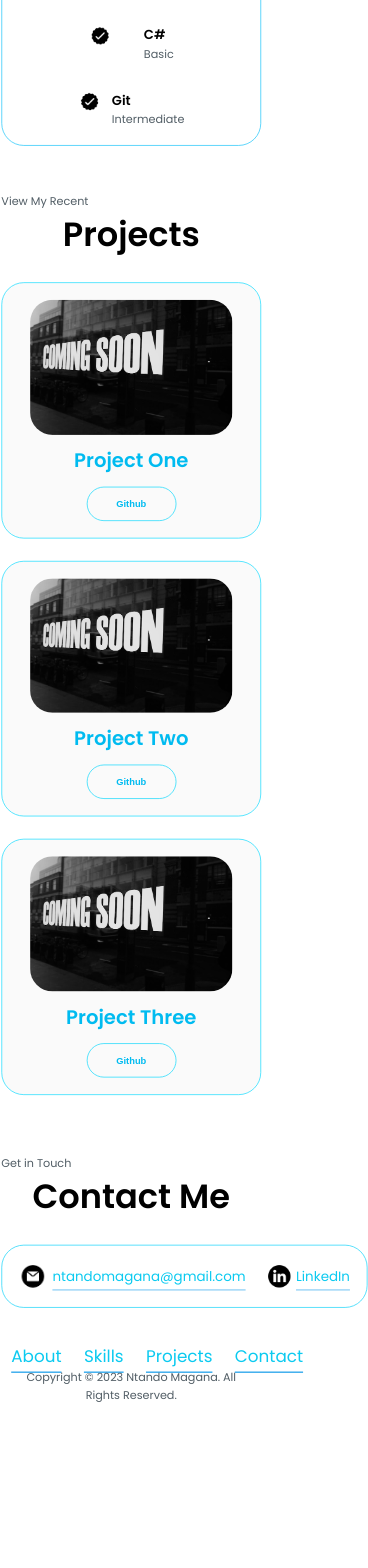
Repository: ntandomagana/FS-Dev-Portfolio
Page: index.html
The author's editor kept a copy of each file at every save. The page is drawn from the files as they stood at one save, then again after a run of saves.
The browser window is 375 px wide. The page is 525 px wide, so the pictures cover 525 px, including what lies to the right of the window. The pictures show the part of the page from y = 2446 to 4686 px (the page is 4686 px tall), at 70% of full size.

Above is the page before, as saved 2024-05-06 11:22:55.

### index.html
<!DOCTYPE html>
<html lang="en">
  <head>
    <meta charset="UTF-8" />
    <meta http-equiv="X-UA-Compatible" content="IE=edge" />
    <meta name="viewport" content="width=device-width, initial-scale=1.0" />
    <title>My Portfolio</title>
    <link rel="stylesheet" href="style.css" />
    <link rel="stylesheet" href="mediaqueries.css" />
  </head>
  <body>
    <nav id="desktop-nav">
      <div class="logo">Berry Codes</div>
      <div>
        <ul class="nav-links">
          <li><a href="#about">About</a></li>
          <li><a href="#experience">Skills</a></li>
          <li><a href="#projects">Projects</a></li>
          <li><a href="#contact">Contact</a></li>
        </ul>
      </div>
    </nav>
    <nav id="hamburger-nav">
      <div class="logo">Coding Berry</div>
      <div class="hamburger-menu">
        <div class="hamburger-icon" onclick="toggleMenu()">
          <span></span>
          <span></span>
          <span></span>
        </div>
        <div class="menu-links">
          <li><a href="#about" onclick="toggleMenu()">About</a></li>
          <li><a href="#experience" onclick="toggleMenu()">Skills</a></li>
          <li><a href="#projects" onclick="toggleMenu()">Projects</a></li>
          <li><a href="#contact" onclick="toggleMenu()">Contact</a></li>
        </div>
      </div>
    </nav>
    <section id="profile">
      <div class="section-pic-container">
        <img src="./assets/bwpp.jpg" alt="profile picture" />
      </div>
      <div class="section-text">
        <p class="section-text-p1">Hello there, I am</p>

        <h1 class="title"><span id="typed-text"></span></h1>

        <p class="section-text-p2">Frontend Developer</p>
        <div class="btn-container">
          <button
            class="btn btn-color-2"
            onclick="window.open('./assets/NP Magana - Web Developer.pdf')"
          >
            Download CV
          </button>
          <button class="btn btn-color-1" onclick="location.href='./#contact'">
            Contact Info
          </button>
        </div>
        <div id="socials-container">
          <img
            src="./assets/linkedin.png"
            alt="My LinkedIn profile"
            class="icon"
            onclick="location.href='https://www.linkedin.com/in/ntandoyenkosi-magana-/'"
          />

          <img
            src="./assets/icons8-twitterx-50.png"
            alt="My Github profile"
            class="icon"
            onclick="location.href='https://twitter.com/Sir_M_Charles'"
          />
          <img
            src="./assets/github.png"
            alt="My Github profile"
            class="icon"
            onclick="location.href='https://github.com/ntandomagana'"
          />
        </div>
      </div>
    </section>
    <section id="about">
      <p class="section__text__p1">Get To Know More</p>
      <h1 class="title">About Me</h1>
      <div class="section-container">
        <div class="about-details-container">
          <div class="about-containers">
            <div class="details-container">
              <img
                src="./assets/experience.png"
                alt="Experience icon"
                class="icon"
              />
              <h3>Experience</h3>
              <p>6 months <br />Frontend Development</p>
            </div>
            <div class="details-container">
              <img
                src="./assets/education.png"
                alt="Education icon"
                class="icon"
              />
              <h3>Education</h3>
              <p>BA(Hons) Public Management <br />University of Johannesburg</p>
            </div>
          </div>
          <div class="text-container">
            <p>
              I am a self-taught developer passionate about crafting captivating
              user experiences. I've acquired skills in HTML5, CSS3, JavaScript,
              ReactJs Python, C#, Node.js and Typescript through online
              resources such as FreecodeCamp, Udemy, udacity. If you're looking
              for a developer who blends creativity with technical proficiency,
              let’s connect and explore how we can collaborate on your next
              project!
            </p>
          </div>
        </div>
      </div>
      <img
        src="./assets/arrow.png"
        alt="Arrow icon"
        class="icon arrow"
        onclick="location.href='./#experience'"
      />
    </section>
    <section id="experience">
      <p class="section__text__p1">Explore My</p>
      <h1 class="title">Experience</h1>
      <div class="experience-details-container">
        <div class="about-containers">
          <div class="details-container">
            <h2 class="experience-sub-title">Frontend Development</h2>
            <div class="article-container">
              <article>
                <img
                  src="./assets/checkmark.png"
                  alt="Experience icon"
                  class="icon"
                />
                <div>
                  <h3>JavaScript</h3>
                  <p>Experienced</p>
                </div>
              </article>
              <article>
                <img
                  src="./assets/checkmark.png"
                  alt="Experience icon"
                  class="icon"
                />
                <div>
                  <h3>CSS</h3>
                  <p>Experienced</p>
                </div>
              </article>
              <article>
                <img
                  src="./assets/checkmark.png"
                  alt="Experience icon"
                  class="icon"
                />
                <div>
                  <h3>TypeScript</h3>
                  <p>Intermediate</p>
                </div>
              </article>
              <article>
                <img
                  src="./assets/checkmark.png"
                  alt="Experience icon"
                  class="icon"
                />
                <div>
                  <h3>React</h3>
                  <p>Basic</p>
                </div>
              </article>
              <article></article>
            </div>
          </div>
          <div class="details-container">
            <h2 class="experience-sub-title">Backend Development</h2>
            <div class="article-container">
              <article>
                <img
                  src="./assets/checkmark.png"
                  alt="Experience icon"
                  class="icon"
                />
                <div>
                  <h3>Python</h3>
                  <p>Intermediate</p>
                </div>
              </article>
              <article>
                <img
                  src="./assets/checkmark.png"
                  alt="Experience icon"
                  class="icon"
                />
                <div>
                  <h3>Node JS</h3>
                  <p>Basic</p>
                </div>
              </article>
              <article>
                <img
                  src="./assets/checkmark.png"
                  alt="Experience icon"
                  class="icon"
                />
                <div>
                  <h3>C#</h3>
                  <p>Basic</p>
                </div>
              </article>
              <article>
                <img
                  src="./assets/checkmark.png"
                  alt="Experience icon"
                  class="icon"
                />
                <div>
                  <h3>Git</h3>
                  <p>Intermediate</p>
                </div>
              </article>
            </div>
          </div>
        </div>
      </div>
      <img
        src="./assets/arrow.png"
        alt="Arrow icon"
        class="icon arrow"
        onclick="location.href='./#projects'"
      />
    </section>
    <section id="projects">
      <p class="section__text__p1">View My Recent</p>
      <h1 class="title">Projects</h1>
      <div class="experience-details-container">
        <div class="about-containers">
          <div class="details-container color-container">
            <div class="article-container">
              <img
                src="./assets/coming soon.jpg"
                alt="Project 1"
                class="project-img"
              />
            </div>
            <h2 class="experience-sub-title project-title">Project One</h2>
            <div class="btn-container">
              <button
                class="btn btn-color-2 project-btn"
                onclick="location.href='https://github.com/'"
              >
                Github
              </button>
            </div>
          </div>
          <div class="details-container color-container">
            <div class="article-container">
              <img
                src="./assets/coming soon.jpg"
                alt="Project 2"
                class="project-img"
              />
            </div>
            <h2 class="experience-sub-title project-title">Project Two</h2>
            <div class="btn-container">
              <button
                class="btn btn-color-2 project-btn"
                onclick="location.href='https://github.com/'"
              >
                Github
              </button>
            </div>
          </div>
          <div class="details-container color-container">
            <div class="article-container">
              <img
                src="./assets/coming soon.jpg"
                alt="Project 3"
                class="project-img"
              />
            </div>
            <h2 class="experience-sub-title project-title">Project Three</h2>
            <div class="btn-container">
              <button
                class="btn btn-color-2 project-btn"
                onclick="location.href='https://github.com/'"
              >
                Github
              </button>
            </div>
          </div>
        </div>
      </div>
      <img
        src="./assets/arrow.png"
        alt="Arrow icon"
        class="icon arrow"
        onclick="location.href='./#contact'"
      />
    </section>
    <section id="contact">
      <p class="section__text__p1">Get in Touch</p>
      <h1 class="title">Contact Me</h1>
      <div class="contact-info-upper-container">
        <div class="contact-info-container">
          <img
            src="./assets/email.png"
            alt="Email icon"
            class="icon contact-icon email-icon"
          />
          <p>
            <a href="mailto:ntandomagana@gmail.com">ntandomagana@gmail.com</a>
          </p>
        </div>
        <div class="contact-info-container">
          <img
            src="./assets/linkedin.png"
            alt="LinkedIn icon"
            class="icon contact-icon"
          />
          <p><a href="https://www.linkedin.com">LinkedIn</a></p>
        </div>
      </div>
    </section>
    <footer>
      <nav>
        <div class="nav-links-container">
          <ul class="nav-links">
            <li><a href="#about">About</a></li>
            <li><a href="#experience">Skills</a></li>
            <li><a href="#projects">Projects</a></li>
            <li><a href="#contact">Contact</a></li>
          </ul>
        </div>
      </nav>
      <p>Copyright &#169; 2023 Ntando Magana. All Rights Reserved.</p>
    </footer>
    <script src="script.js"></script>
  </body>
</html>

### style.css
@import url("https://fonts.googleapis.com/css2?family=Poppins:wght@300;400;500;600&display=swap");

* {
  margin: 0;
  padding: 0;
}

body {
  font-family: "Poppins", sans-serif;
}

html {
  scroll-behavior: smooth;
}

p {
  color: #515d65;
}

section {
  margin-bottom: 2px;
}

a,
.btn {
  transition: all 300ms ease;
}

nav,
.nav-links {
  display: flex;
}

nav {
  justify-content: space-around;
  align-items: center;
  height: 17vh;
}

.nav-links {
  gap: 2rem;
  list-style-type: none;
  font-size: 1.5rem;
}

a {
  color: rgb(11, 202, 240);
  text-decoration: underline;
  text-underline-offset: 0.8rem;
  text-decoration-color: rgb(51, 169, 237);
}

.logo {
  font-size: 2rem;
}

.logo:hover {
  cursor: default;
}

#hamburger-nav {
  display: none;
}

.hamburger-menu {
  position: relative;
  display: inline-block;
}

.hamburger-icon {
  display: flex;
  flex-direction: column;
  justify-content: space-between;
  height: 24px;
  width: 30px;
  cursor: pointer;
}



.hamburger-icon span {
  width: 100%;
  height: 2px;
  background-color: rgb(9, 255, 255);
  transition: all 0.3 ease-in-out;
}

.menu-links {
  position: absolute;
  top: 100%;
  right: 0;
  background-color: white;
  width: fit-content;
  max-height: 0;
  overflow: hidden;
  transition: all 0.3 ease-in-out;
}

.menu-links a {
  display: block;
  padding: 10px;
  text-align: center;
  font-size: 1.5rem;
  color: rgb(15, 224, 231);
  text-decoration: none;
  transition: all 0.3 ease-in-out;
}

.menu-links li {
  list-style-type: none;
}

.menu-links.open {
  max-height: 300px;
}

.hamburger-icon.open span:first-child {
  transform: rotate(45deg) translate(10px, 5px);
}

.hamburger-icon.open span:nth-child(2) {
  opacity: 0;
}

.hamburger-icon.open span:last-child {
  transform: rotate(-45deg) translate(10px, -5px);
}

.hamburger-icon span:first-child {
  transform: none;
}

.hamburger-icon span:first-child {
  opacity: 1;
}

.hamburger-icon span:first-child {
  transform: none;
}

section {
  padding-top: 4vh;
  height: 96vh;
  margin: 0 10rem;
  box-sizing: border-box;
  min-height: fit-content;
}

.section-container {
  display: flex;
}

#profile {
  display: flex;
  justify-content: center;
  gap: 5rem;
  height: 80vh;
}

.section-pic-container {
  display: flex;
  height: 400px;
  width: 400px;
  margin: auto 0;
}

.section-text {
  align-self: center;
  text-align: center;
}

.section-text p {
  font-weight: 600;
}

.section-text-p1 {
  text-align: center;
}

.section-text-p2 {
  font-size: 1.75rem;
  margin-bottom: 1rem;
}

.title {
  font-size: 3rem;
  text-align: center;
}

#socials-container {
  display: flex;
  justify-content: center;
  margin-top: 1rem;
  gap: 1rem;
}

.icon {
  cursor: pointer;
  height: 2rem;
}

/* BUTTONS */

.btn-container {
  display: flex;
  justify-content: center;
  gap: 1rem;
}

.btn {
  font-weight: 600;
  transition: all 300ms ease;
  padding: 1rem;
  width: 8rem;
  border-radius: 2rem;
}

.btn-color-1,
.btn-color-2 {
  border: rgb(43, 182, 241) 0.1rem solid;
}

.btn-color-1:hover,
.btn-color-2:hover {
  cursor: pointer;
}

.btn-color-1,
.btn-color-2:hover {
  background: rgb(11, 214, 255);
  color: white;
}

.btn-color-1:hover {
  background: rgb(83, 215, 232);
}

.btn-color-2 {
  background: none;
}

.btn-color-2:hover {
  border: rgb(26, 210, 243) 0.2rem solid;
}

.btn-container {
  gap: 1rem;
}

/* ABOUT SECTION */

#about {
  position: relative;
}

.about-containers {
  gap: 2rem;
  margin-bottom: 2rem;
  margin-top: 2rem;
}

.about-details-container {
  justify-content: center;
  flex-direction: column;
}

.about-containers,
.about-details-container {
  display: flex;
}

.arrow {
  position: absolute;
  right: -5rem;
  bottom: 2.5rem;
}

.details-container {
  padding: 1.5rem;
  flex: 1;
  background: white;
  border-radius: 2rem;
  border: rgb(34, 174, 239) 0.1rem solid;
  border-color: rgb(28, 197, 249);
  text-align: center;
}

.section-container {
  gap: 4rem;
  height: 80%;
}

.section__pic-container {
  height: 400px;
  width: 400px;
  margin: auto 0;
}

/* EXPERIENCE SECTION */

#experience {
  position: relative;
}

.experience-sub-title {
  color: rgb(48, 210, 246);
  font-weight: 600;
  font-size: 1.75rem;
  margin-bottom: 2rem;
}

.experience-details-container {
  display: flex;
  justify-content: center;
  flex-direction: column;
}

.article-container {
  display: flex;
  text-align: initial;
  flex-wrap: wrap;
  flex-direction: row;
  gap: 2.5rem;
  justify-content: space-around;
}

article {
  display: flex;
  width: 10rem;
  justify-content: space-around;
  gap: 0.5rem;
}

article .icon {
  cursor: default;
}

/* PROJECTS SECTION */

#projects {
  position: relative;
}

.color-container {
  border-color: rgb(21, 220, 255);
  background: rgb(250, 250, 250);
}

.project-img {
  border-radius: 2rem;
  width: 90%;
  height: 90%;
}

.project-title {
  margin: 1rem;
  color: #00bbf0;
}

.project-btn {
  color: #00bbf0;
  border-color: rgb(18, 217, 252);
}

/* CONTACT */

#contact {
  display: flex;
  justify-content: center;
  flex-direction: column;
  height: 70vh;
}

.contact-info-upper-container {
  display: flex;
  justify-content: center;
  border-radius: 2rem;
  border: rgb(16, 220, 242) 0.1rem solid;
  border-color: rgb(19, 211, 250);
  background: (250, 250, 250);
  margin: 2rem auto;
  padding: 0.5rem;
}

.contact-info-container {
  display: flex;
  align-items: center;
  justify-content: center;
  gap: 0.5rem;
  margin: 1rem;
}

.contact-info-container p {
  font-size: larger;
}

.contact-icon {
  cursor: default;
}

.email-icon {
  height: 2.5rem;
}

footer {
  height: 26vh;
  margin: 0 1rem;
}

footer p {
  text-align: center;
}

/* Add this CSS to your existing style.css or create a new style tag in the head of your HTML */

/* Bold, underline, and bubble effect for the logo */
.logo {
  font-weight: bold;
  text-decoration: wavy;
  display: inline-block;
  position: relative;
  border: 8px solid #1ea5ff; /* Adjust the border thickness and color as needed */
  padding: 6px; /* Adjust the padding as needed */
}

.logo::after {
  content: "";
  position: absolute;
  width: 100%;
  height: 0;
  bottom: 0;
  left: 0;
  opacity: 0;
  border-bottom: 2px solid #fff;
  animation: bubble 0.5s infinite ease-in-out;
}

@keyframes bubble {
  0% {
    height: 0;
    opacity: 0;
  }
  50% {
    height: 100%;
    opacity: 1;
  }
  100% {
    height: 0;
    opacity: 0;
  }
}

### mediaqueries.css
@media screen and (max-width: 1400px) {
    #profile {
        height: 83vh;
        margin-bottom: 6rem;
    }

    .about-containers {
        flex-wrap: wrap;
    }

    #contact,
    #projects {
        height: fit-content;
    }
}

@media screen and (max-width: 1200px) {
    #desktop-nav {
        display: none;
    }

    #hamburger-nav {
        display: flex;
    }

    #experience,
    .experience-details-container {
        margin-top: 2rem;

    }

    #profile,
    .section-container {
        display: block;
    }

    .arrow {
        display: none;
    }

    section,
    .section-container {
        height: fit-content;
    }

    section {
        margin: 0.5%;
    }

    .section-pic-container {
        width: 27spx;
        height: 275px;
        margin: 0 auto 2rem;
    }

    .about-containers {
        margin-top: 0;
    }
}

@media screen and (max-width:600px) {
    #contact,
    footer {
        height: 40vh;
    }

    #profile {
        height: 38vh;
        margin-bottom: 0;
    }

    article {
        font-size: 1rem;
    }

    footer nav {
        height: fit-content;
    }
}

### script.js
function toggleMenu() {
  const menu = document.querySelector(".menu-links");
  const icon = document.querySelector(".hamburger-icon");
  menu.classList.toggle("open");
  icon.classList.toggle("open");
}

//Javascript for looped typing effect
const typedText = document.getElementById("typed-text");
const textToType = 'Ntando Magana';

function typeText() {
  let index = 0;

  function type() {
    if (index < textToType.length) {
      typedText.innerHTML += textToType.charAt(index);
      index++;
      setTimeout(type, 200); // typing speed in milliseconds
    } else {
      setTimeout(erase, 300); // wait before erasing
    }
  }

  function erase() {
    if (typedText.innerHTML.length > 0) {
      typedText.innerHTML = typedText.innerHTML.slice(0, -1);
      setTimeout(erase, 300); //erasing speed in ms
    } else {
      index = 0; //Reset index for next typing cycle
      setTimeout(type, 200); // wait before typing again
    }
  }

  type(); // start typing
}

window.onload = typeText;

After the next 3 saves:
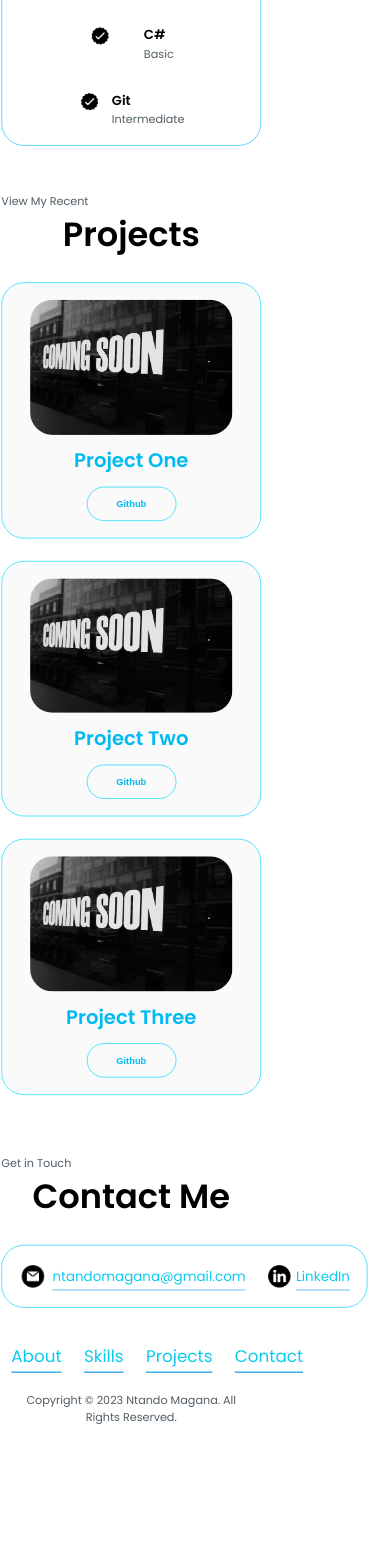
The 3 saves are shown as one change because they came seconds apart.
The last was saved 8 s later.
--- a/mediaqueries.css
+++ b/mediaqueries.css
@@ -75,5 +75,6 @@
 
     footer nav {
         height: fit-content;
+        margin-bottom: 2rem;
     }
 }
